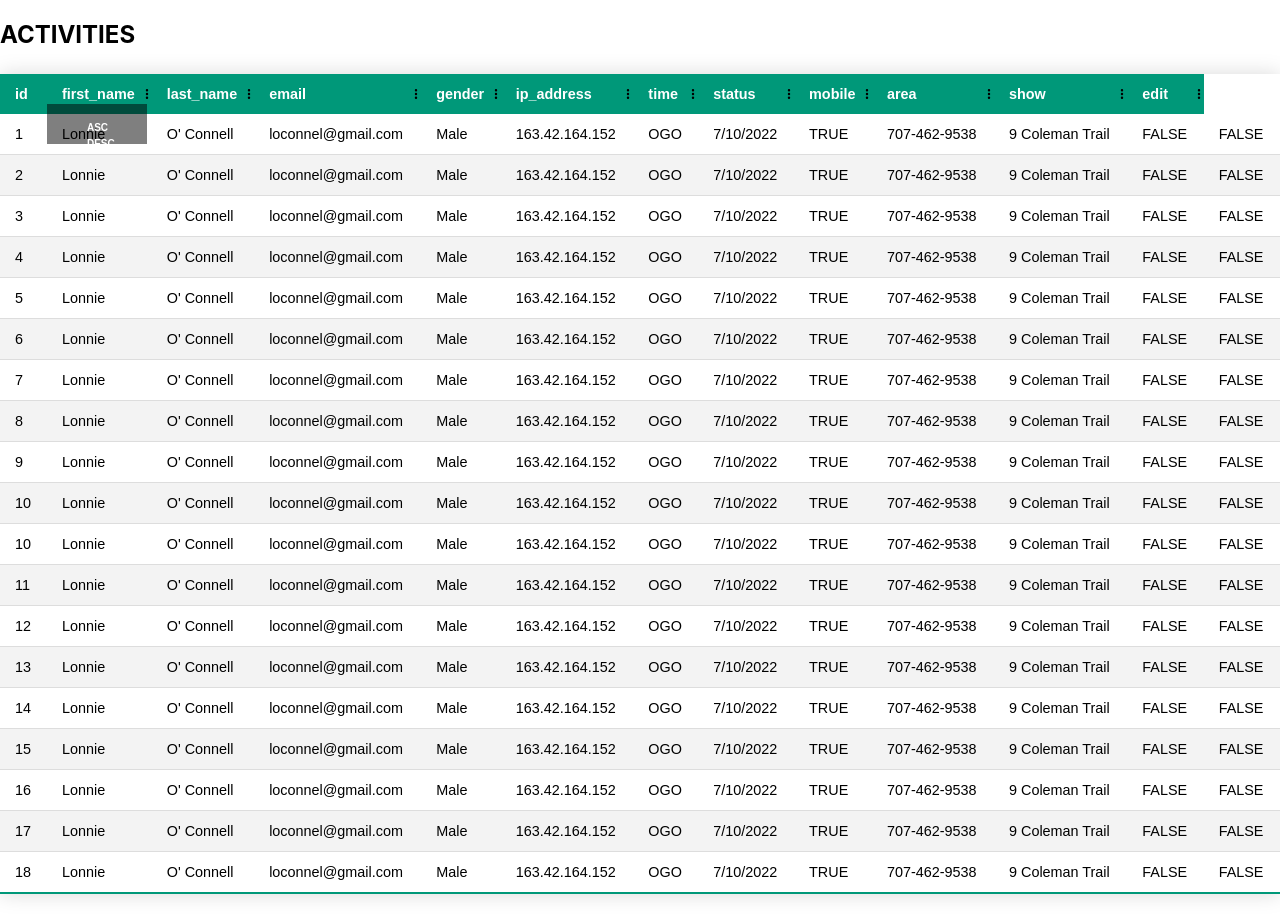
Repository: kartik077-cr7/Ckart
Page: /, after clicking the first element matching `img`
An editor plug-in stored every save of this project. The page is shown before and after the next save, followed by the edit.
The browser window is 1280 px wide. The pictures show the whole page.
The project was rebuilt for these pictures with package versions that can differ from the ones it lists, and the page was loaded fresh each time.

Above is the page before, as saved 2022-12-10 18:21:43.

After the next save:
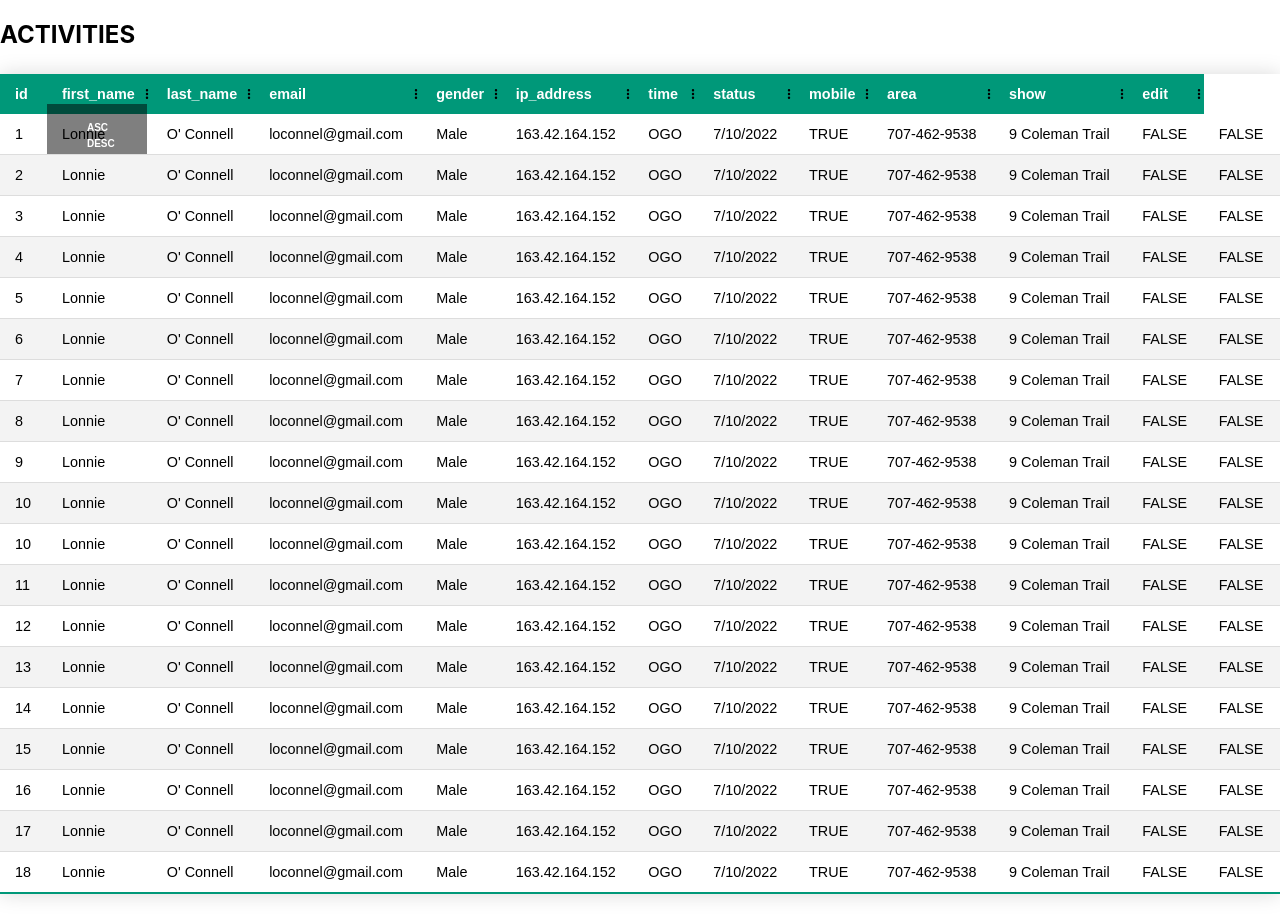
Saved 4 s later.
--- a/src/App.css
+++ b/src/App.css
@@ -46,7 +46,7 @@
 	right: 0;
 	bottom: 0;
 	background-color: rgba(0,0,0,0.5);
-	height: 40px;
+	height: 50px;
 	width:  100px;
 }
 
